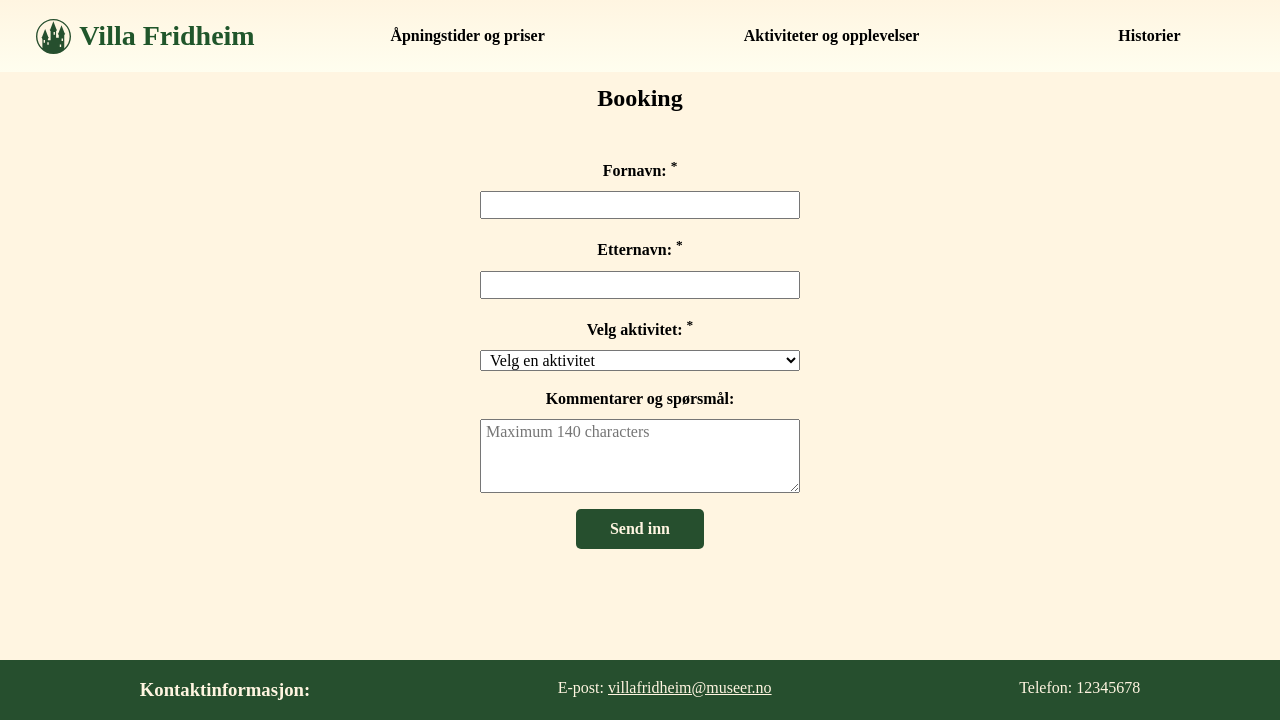
Repository: IdaHolmen/villa-fridheim
Page: src/booking.html
These files come from the project's save history. The page is drawn as it stood at one moment and after the next save; the edit follows.
The browser window is 1280 px wide. The pictures show the whole page.
Some web fonts or font styles are not loaded; a fallback is used.

Above is the page before, as saved 2024-10-12 16:25:25.

### src/booking.html
<!DOCTYPE html>
<html lang="en">
    <head>
        <meta charset="UTF-8" />
        <meta name="viewport" content="width=device-width, initial-scale=1.0" />

        <link rel="icon" type="image/x-icon" href="../assets/villa-fridheim-logo.svg" />

        <title>Villa Fridheim</title>
        <link rel="stylesheet" type="text/css" href="../css/reset.css" />
        <link rel="stylesheet" type="text/css" href="../css/style.css" />
        <link rel="stylesheet" type="text/css" href="../css/media-queries.css" />
    </head>
    <body>
        <header>
            <div class="headline-container">
                <a href="../index.html" id="home-button">
                    <img src="../assets/villa-fridheim-logo.svg" alt="Omrisset av et eventyrslott" class="main-logo" />
                    <h1 class="main-headline">Villa Fridheim</h1>
                </a>
            </div>

            <nav class="nav-bar">
                <a href="../index.html" class="nav-link">Åpningstider og priser</a>
                <a href="./activities.html" class="nav-link">Aktiviteter og opplevelser</a>
                <a href="./stories.html" class="nav-link">Historier</a>
            </nav>
        </header>

        <main class="booking-container">
            <h2 class="section-headline">Booking</h2>

            <form class="booking-form">
                <label for="first-name">
                    Fornavn:
                    <sup>*</sup>
                </label>
                <input type="text" />

                <label for="last-name">
                    Etternavn:
                    <sup>*</sup>
                </label>
                <input type="text" />

                <label for="select">
                    Velg aktivitet:
                    <sup>*</sup>
                </label>
                <select name="activity-select" id="activity-select">
                    <option>Velg en aktivitet</option>
                    <option>Kano, 1 time</option>
                    <option>Kano, hel dag</option>
                    <option>Guidet tur</option>
                    <option>Guidet tur, skoleklasse</option>
                </select>

                <label for="comments">Kommentarer og spørsmål:</label>
                <textarea
                    name="comment-input"
                    id="comment-input"
                    cols="30"
                    rows="3"
                    placeholder="Maximum 140 characters"
                ></textarea>

                <button type="submit" id="submit-button">Send inn</button>
            </form>
        </main>

        <footer class="footer">
            <h3>Kontaktinformasjon:</h3>
            <p>
                E-post:
                <a href="" id="email-element">villafridheim@museer.no</a>
            </p>
            <p>Telefon: 12345678</p>
        </footer>
    </body>
</html>

### css/reset.css
*, *::before, *::after {
	box-sizing: border-box;
  }

* {
	margin: 0;
	padding: 0;
}

body {
	line-height: 1.5;
	-webkit-font-smoothing: antialiased;
}

img, picture, video, canvas, svg {
	display: block;
	max-width: 100%;
}

input, textarea, select {
	font: inherit;
}

p, h1, h2, h3, h4, h5, h6 {
	overflow-wrap: break-word;
}

#root, #__next {
	isolation: isolate;
}

button {
	font: inherit;
	background: transparent;
	border: none;
	cursor: pointer;
	touch-action: manipulation;
}

a {
	color: inherit;
	text-decoration: none;
}

### css/style.css
@import url('https://fonts.googleapis.com/css2?family=Caudex:ital,wght@0,400;0,700;1,400;1,700&display=swap');

/* BODY STYLING */
body {
    height: 100vh;
    width: 100%;
    display: flex;
    flex-direction: column;
    background-color: #fff5e1;
    font-family: 'Caudex', 'Times New Roman', Times, serif;
}

/* HEADER STYLING */
header {
    display: flex;
    flex-direction: row;
    justify-content: center;
    align-items: center;
    background: linear-gradient(180deg, rgba(255, 245, 225, 1) 0%, rgba(255, 254, 239, 1) 100%);
    color: #20562b;
    flex-basis: 10%;
}

.headline-container {
    flex-basis: 25%;
    display: flex;
    justify-content: center;
    align-items: center;
    flex-direction: row;
}

.main-headline {
    font-size: 1.75rem;
}

.main-logo {
    height: 35px;
    width: 35px;
    margin-right: 0.5rem;
}

.nav-bar {
    flex-basis: 85%;
    color: black;
    display: flex;
    justify-content: space-around;
    flex-direction: row;
    text-align: center;
    margin: 0;
}

.nav-link {
    text-decoration: none;
    color: black;
    padding: 0.5rem 1.5rem;
    font-weight: bold;
    margin: 1rem;
    border-radius: 5px;
    display: flex;
    transition: transform 0.2s ease-in-out;
}

.nav-link:hover {
    box-shadow: rgba(149, 157, 165, 0.2) 0px 8px 24px;
    transform: scale(1.1);
}

.nav-link:active {
    background-color: #162c1b;
}

#home-symbol {
    margin-right: 0.5rem;
    width: 25px;
    height: 25px;
}

/* FRONT PAGE STYLING */
.section-headline {
    font-size: 1.5rem;
    margin: 0.5rem;
}

.main-container {
    flex-basis: 85%;
}

.about-section {
    width: 100%;
    height: 100%;
    display: flex;
}

.about-text {
    flex-basis: 50%;
    display: flex;
    flex-direction: column;
    justify-content: center;
    padding: 24px;
}

.about-text > p {
    margin: 0.5rem 0;
}

.image-container {
    flex-basis: 50%;
}

.front-page-image {
    height: 100%;
    object-fit: cover;
}

/* STYLING FOR INFO PAGE */
.main-info-container {
    flex-basis: 85%;
    display: flex;
    flex-direction: row;
    align-items: center;
}

.info-text-container {
    flex-basis: 50%;
    height: 100%;
    padding: 24px;
}

.info-image-container {
    flex-basis: 50%;
    height: 100%;
    padding: 24px;
    display: flex;
    align-items: center;
}

.opening-hours-section,
.directions-section,
.prices-section {
    margin-bottom: 1rem;
}

.hours,
.price-element {
    margin: 1rem 0;
}

.price-element {
    width: 90%;
    display: flex;
    flex-direction: row;
    align-items: center;
    justify-content: space-between;
    font-size: 1rem;
}

/* STYLING FOR ACTIVITIES PAGE */
#home-button {
    display: flex;
    align-items: center;
}

.main-activities-container {
    flex-basis: 85%;
    display: flex;
    flex-direction: column;
    align-items: center;
}

.activities-section {
    display: flex;
    flex-direction: row;
}

.activities {
    display: flex;
    flex-direction: column;
}

.activities > p {
    margin-top: 0.5rem;
}

.bold-text {
    font-weight: 900;
    margin: 0.5rem 0;
}

.canoe-image {
    width: 100%;
    margin-bottom: 1rem;
}

/* FOOTER */
footer {
    background-color: #264f2e;
    color: #fff5e1;
    flex-basis: 5%;
    display: flex;
    flex-direction: row;
    justify-content: space-around;
    padding: 1rem;
    font-size: 1rem;
}

a#email-element {
    text-decoration: underline;
}

/* STYLING FOR BOOKING PAGE */
.booking-container {
    flex-basis: 85%;
    display: flex;
    flex-direction: column;
    justify-content: center;
    align-items: center;
}

.booking-form {
    display: flex;
    flex-direction: column;
    align-items: center;
    height: 100%;
    margin-top: 2rem;
}

input,
select,
textarea {
    margin-bottom: 1rem;
    width: 20rem;
    padding-left: 5px;
}

label {
    font-weight: bold;
    margin-bottom: 0.5rem;
}

#submit-button {
    background-color: #264f2e;
    color: #fff5e1;
    width: 8rem;
    padding: 0.5rem 1.5rem;
    font-weight: bold;
    border-radius: 5px;
    transition: transform 0.2s ease-in-out;
}

#submit-button:hover {
    background-color: #276934;
    transform: scale(1.1);
}

### css/media-queries.css
@media screen and (max-width: 1000px) {
    header {
        flex-direction: column;
    }

    .nav-bar {
        align-items: center;
    }

    .nav-link {
        max-width: 16rem;
        margin: 0.5rem;
    }

    .about-section {
        flex-direction: column;
        align-items: center;
    }

    .main-info-container {
        flex-direction: column;
    }

    .activities-section {
        flex-direction: column;
    }
}

@media screen and (max-width: 700px) {
    .footer {
        flex-direction: column;
        align-items: center;
    }

    .nav-bar {
        flex-direction: column;
    }
}

After the next save:
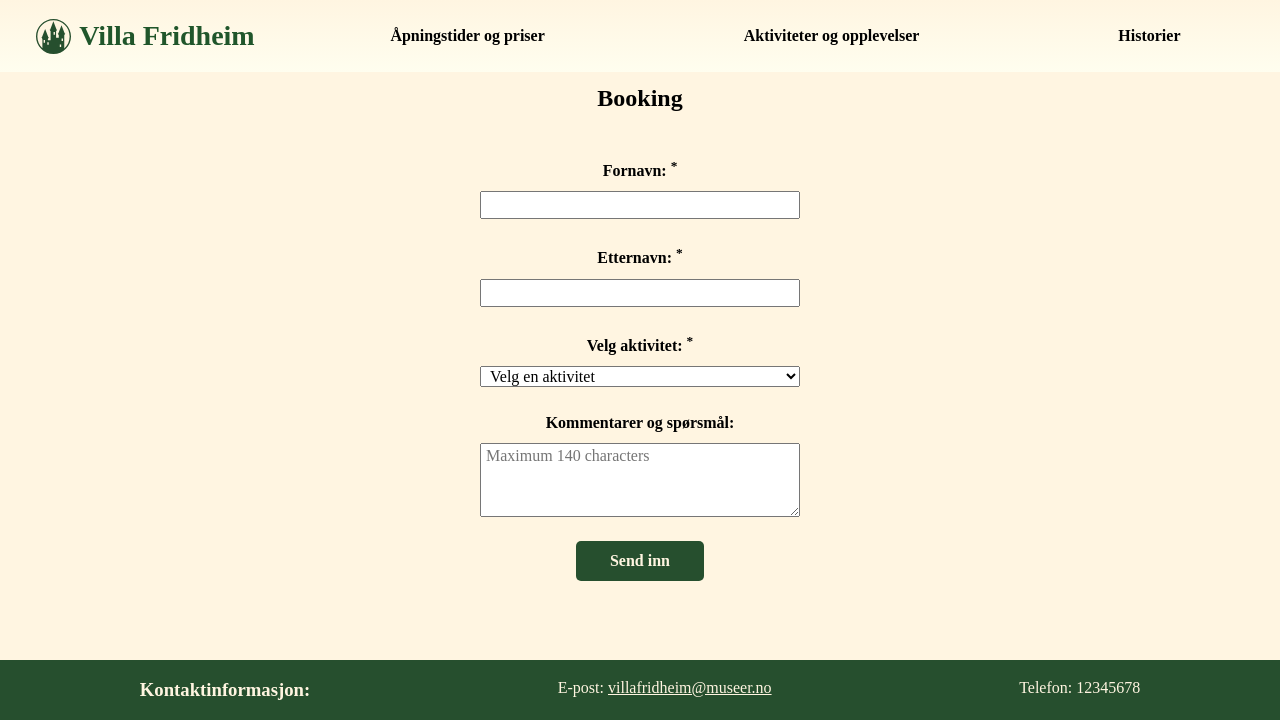
Saved 5 s later.
--- a/css/style.css
+++ b/css/style.css
@@ -227,7 +227,7 @@ a#email-element {
 input,
 select,
 textarea {
-    margin-bottom: 1rem;
+    margin-bottom: 1.5rem;
     width: 20rem;
     padding-left: 5px;
 }
